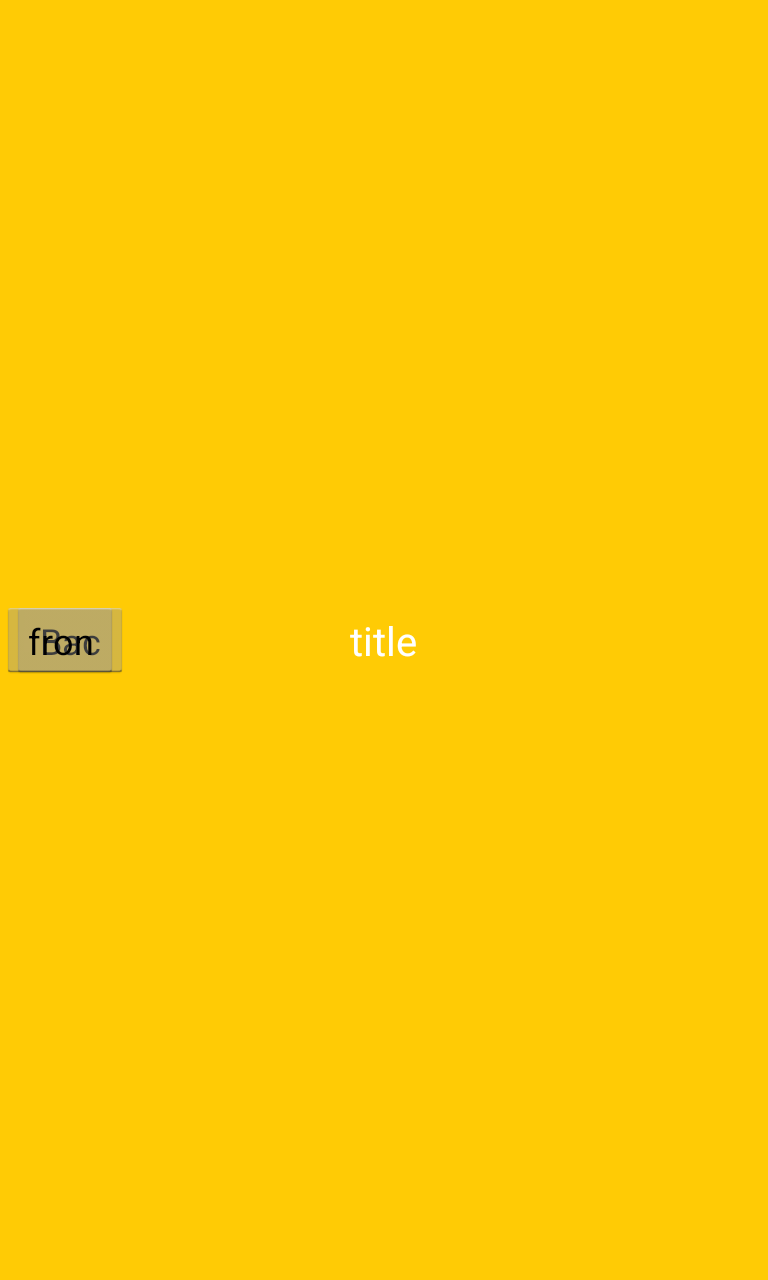
Repository: hero007asd/pin
Layout: Pin/res/layout/tt_title_view.xml
These files come from the project's save history. The layout is drawn as it stood at one moment and after the next save; the edit follows.
It is drawn on a 768 x 1280 px phone screen (xhdpi) without system bars, with theme AppTheme; the app's code is not run.

Above is the layout before, as saved 2014-07-04 10:22:15.

After the next save:
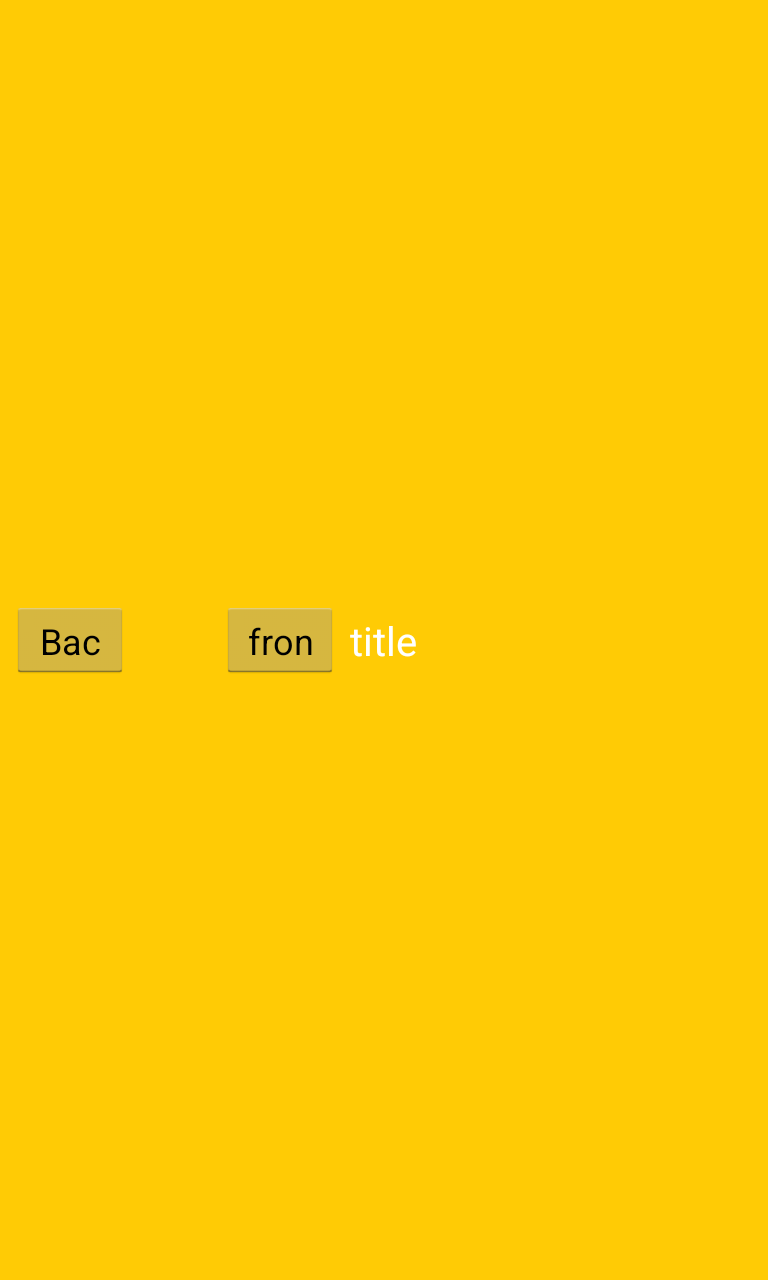
Saved 88 s later.
--- a/Pin/res/layout/tt_title_view.xml
+++ b/Pin/res/layout/tt_title_view.xml
@@ -22,6 +22,7 @@
         />
     <Button
         android:id="@+id/title_button_right"
+        android:layout_toLeftOf="@id/title_text"
         android:layout_centerVertical="true"
         android:layout_height="40dp"
         android:layout_marginRight="5dp"
